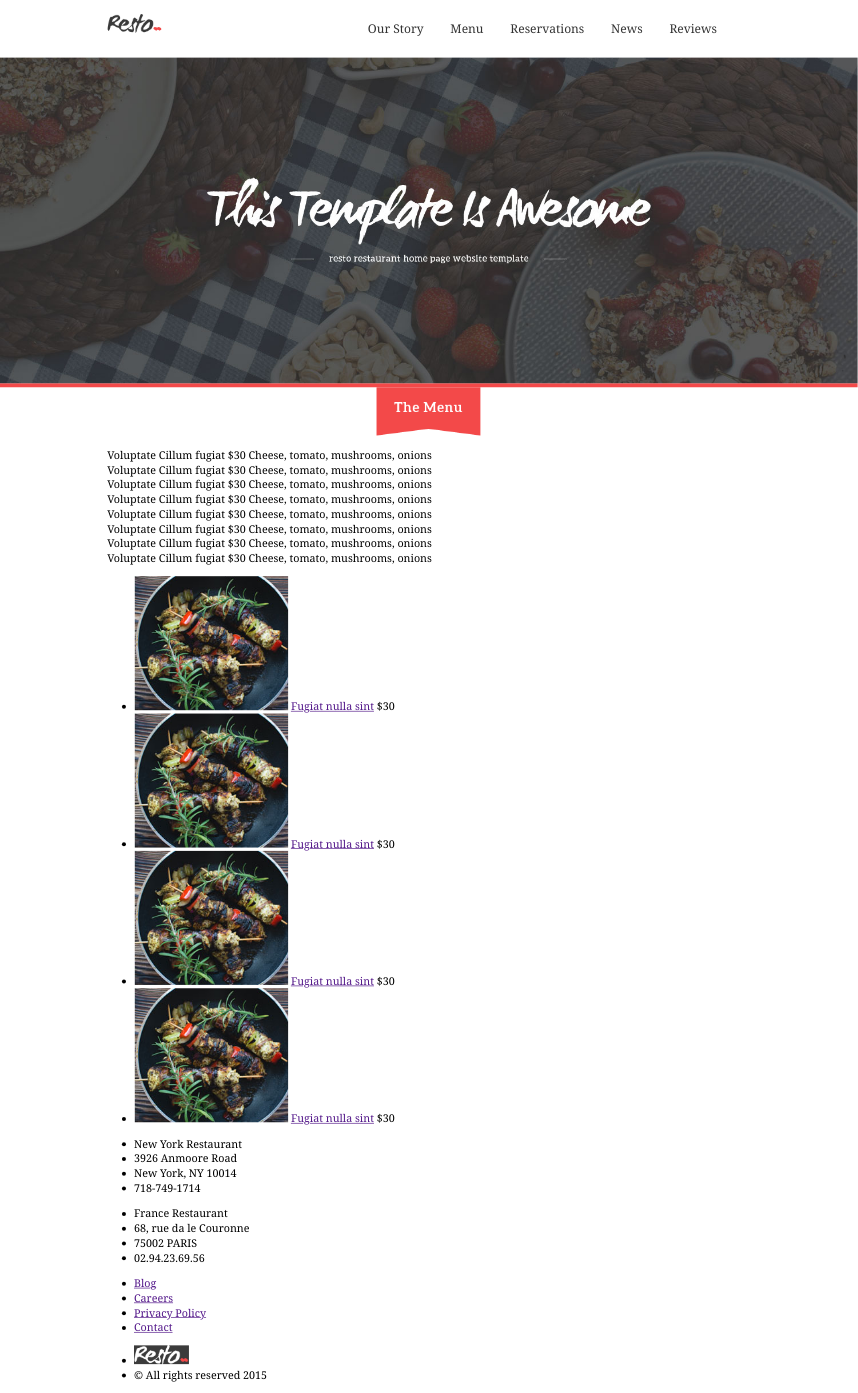
Repository: Piterwk1/psd-to-wordpress
Page: index.html
The author's editor kept a copy of each file at every save. The page is drawn from the files as they stood at one save, then again after the next save.
The browser window is 1280 px wide. The pictures show the whole page, at 67% of full size.

Above is the page before, as saved 2021-09-23 01:06:57.

### index.html
<html lang="en">

<head>
    <meta charset="UTF-8">
    <meta http-equiv="X-UA-Compatible" content="IE=edge">
    <meta name="viewport" content="width=device-width, initial-scale=1.0">
    <title>Resto</title>
    <link rel="stylesheet" href="style.css">
</head>

<body>

    <header>
        <div class="wrapper" id="headerWrapper">
            <h1 class="logo">Rest</h1>
            <nav>
                <h2>Main Navigation</h2>
                <ul>
                    <li><a href="">Our Story</a></li>
                    <li><a href="">Menu</a></li>
                    <li><a href="">Reservations</a></li>
                    <li><a href="">News</a></li>
                    <li><a href="">Reviews</a></li>
                </ul>
            </nav>
        </div>
    </header>

    <!-- start homepage content -->

    <div id="main-banner">
        <img src="images/banner.jpg" alt="Welcome to Resto">
    </div>

    <div class="wrapper">
        <section id="home-menu">
            <h2>Menu</h2>
            <ul>
                <li>
                    <span class="dish">Voluptate Cillum fugiat</span>
                    <span class="price">$30</span>
                    <span class="description">Cheese, tomato, mushrooms, onions</span>
                </li>
                <li>
                    <span class="dish">Voluptate Cillum fugiat</span>
                    <span class="price">$30</span>
                    <span class="description">Cheese, tomato, mushrooms, onions</span>
                </li>
                <li>
                    <span class="dish">Voluptate Cillum fugiat</span>
                    <span class="price">$30</span>
                    <span class="description">Cheese, tomato, mushrooms, onions</span>
                </li>
                <li>
                    <span class="dish">Voluptate Cillum fugiat</span>
                    <span class="price">$30</span>
                    <span class="description">Cheese, tomato, mushrooms, onions</span>
                </li>
                <li>
                    <span class="dish">Voluptate Cillum fugiat</span>
                    <span class="price">$30</span>
                    <span class="description">Cheese, tomato, mushrooms, onions</span>
                </li>
                <li>
                    <span class="dish">Voluptate Cillum fugiat</span>
                    <span class="price">$30</span>
                    <span class="description">Cheese, tomato, mushrooms, onions</span>
                </li>
                <li>
                    <span class="dish">Voluptate Cillum fugiat</span>
                    <span class="price">$30</span>
                    <span class="description">Cheese, tomato, mushrooms, onions</span>
                </li>
                <li>
                    <span class="dish">Voluptate Cillum fugiat</span>
                    <span class="price">$30</span>
                    <span class="description">Cheese, tomato, mushrooms, onions</span>
                </li>
            </ul>
        </section>

        <section id="featured">
            <ul>
                <li>
                    <img src="images/thumb-1.jpg">
                    <a href="">Fugiat nulla sint</a>
                    <span>$30</span>
                    <span class="rating"></span>
                </li>
                <li>
                    <img src="images/thumb-1.jpg">
                    <a href="">Fugiat nulla sint</a>
                    <span>$30</span>
                    <span class="rating"></span>
                </li>
                <li>
                    <img src="images/thumb-1.jpg">
                    <a href="">Fugiat nulla sint</a>
                    <span>$30</span>
                    <span class="rating"></span>
                </li>
                <li>
                    <img src="images/thumb-1.jpg">
                    <a href="">Fugiat nulla sint</a>
                    <span>$30</span>
                    <span class="rating"></span>
                </li>
            </ul>
        </section>
    </div>

    <!-- end homepage content -->

    <footer>
        <div class="wrapper">
            <ul>
                <li>New York Restaurant</li>
                <li>3926 Anmoore Road</li>
                <li>New York, NY 10014</li>
                <li>718-749-1714</li>
            </ul>
            <ul>
                <li>France Restaurant</li>
                <li>68, rue da le Couronne</li>
                <li>75002 PARIS</li>
                <li>02.94.23.69.56</li>
            </ul>
            <ul>
                <li><a href="">Blog</a></li>
                <li><a href="">Careers</a></li>
                <li><a href="">Privacy Policy</a></li>
                <li><a href="">Contact</a></li>
            </ul>
            <ul>
                <li><img src="images/white-logo.png" alt="logo"></li>
                <li>&copy; All rights reserved 2015</li>

            </ul>
        </div>
    </footer>
</body>

</html>

### style.css
body {
    font-family: Georgia, 'Times New Roman', Times, serif;
    margin: 0;
}

.wrapper {
    width: 100%;
    max-width: 960px;
    /* max-width: 1180px; */
    padding: 0 10px;
    margin:  0 auto;
}

h1.logo {
    background-image: url(images/logo.png);
    background-repeat: no-repeat;
    width: 100px;
    text-indent: -10000px;
}

#headerWrapper {
    display: flex;
    justify-content: space-between;
    width: 100%;
}

nav {

  margin-right: 10px;

}

#headerWrapper nav h2 {
    text-indent: -100000px;
    height: 0;
    margin: 0;
}

#headerWrapper nav ul {
   display: flex;
   justify-content: space-evenly;
   list-style-type:  none;
   margin: 10px 20px;
}
#headerWrapper nav li {

   margin: 20px 20px;
}
#headerWrapper nav li a{
   text-decoration: none;
   color: #333;
   font-size: 18px;
}
#headerWrapper nav li a:hover{
   color: blue;
}

#main-banner, #main-banner img{
    width: 100%;
}

#main-banner img {
    border-bottom: 6px solid #f34949;
}

#home-menu h2 {
    background-image: url(images/menu-head.png);
    background-repeat: no-repeat;
    width: 156px;
    height: 74px;
    text-indent: -10000px;
    margin: 0 auto;
}

#home-menu ul {
    display: flex;
    flex-wrap: wrap;
    justify-content: space-between;
   padding: 0;
   list-style: none;
}

After the next save:
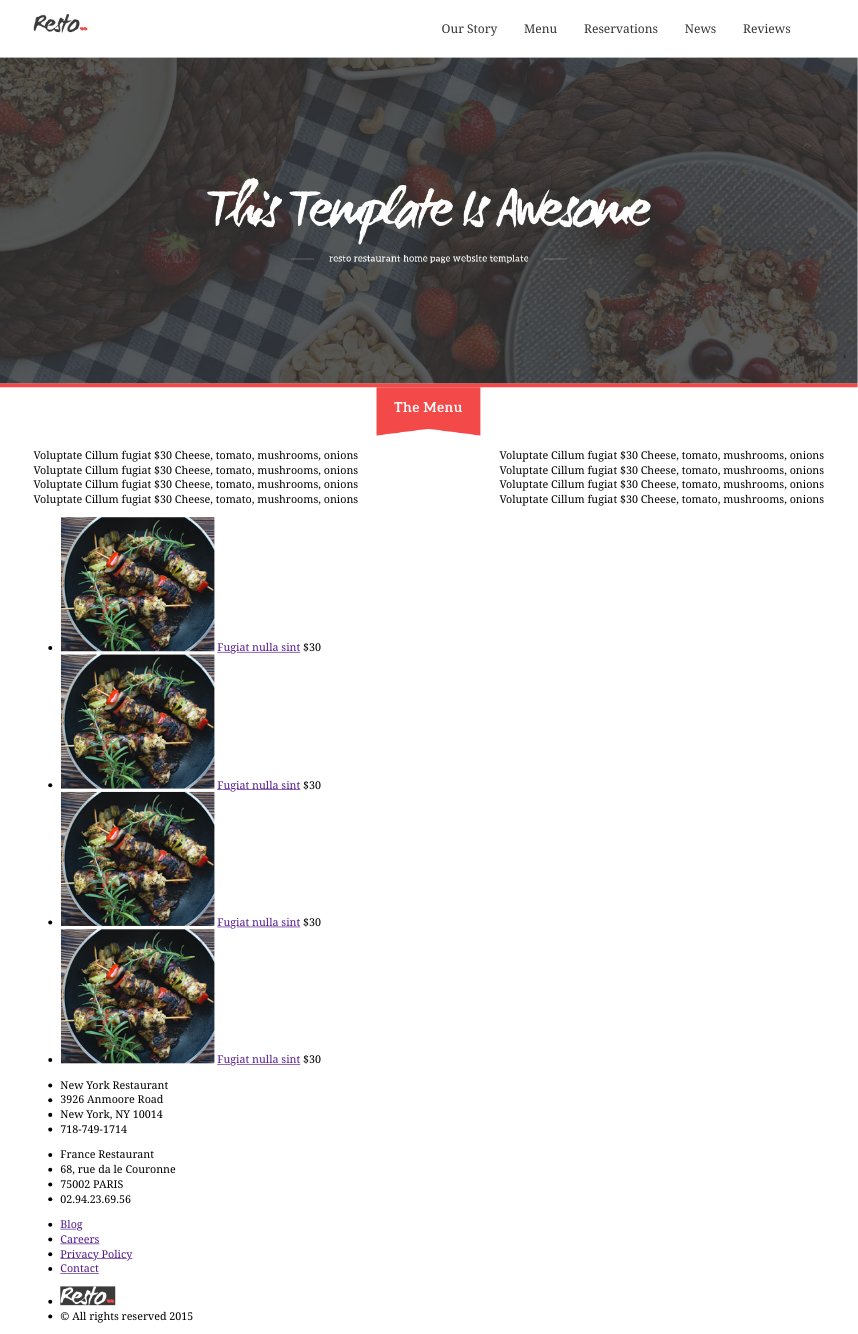
Saved 27 s later.
--- a/style.css
+++ b/style.css
@@ -5,8 +5,8 @@ body {
 
 .wrapper {
     width: 100%;
-    max-width: 960px;
-    /* max-width: 1180px; */
+    /* max-width: 960px; */
+    max-width: 1180px;
     padding: 0 10px;
     margin:  0 auto;
 }
